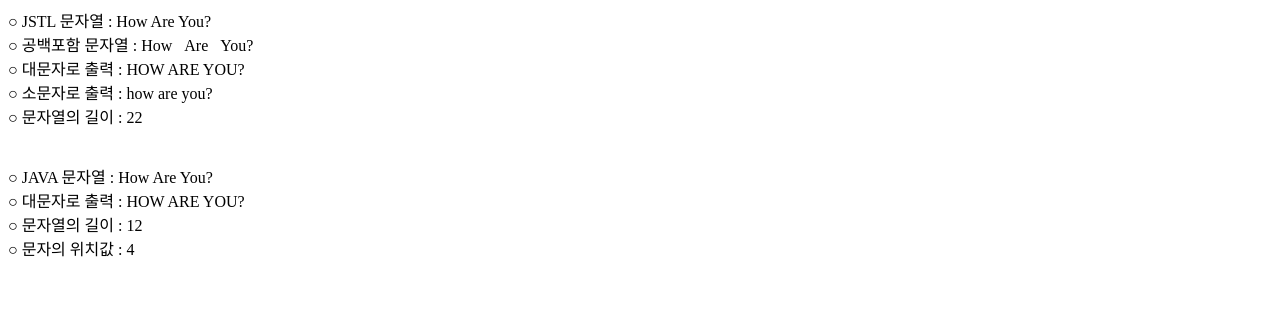
Repository: youngmoon525/Jsp_Servlet
Page: http://localhost/03.JSP/jsp40.jsp
The author's editor kept a copy of each file at every save. The page is drawn from the files as they stood at one save, then again after the next save.
The browser window is 1280 px wide. The pictures show the whole page.
The page is served by Tomcat 9.

Above is the page before, as saved 2021-09-10 01:02:47.

After the next save:
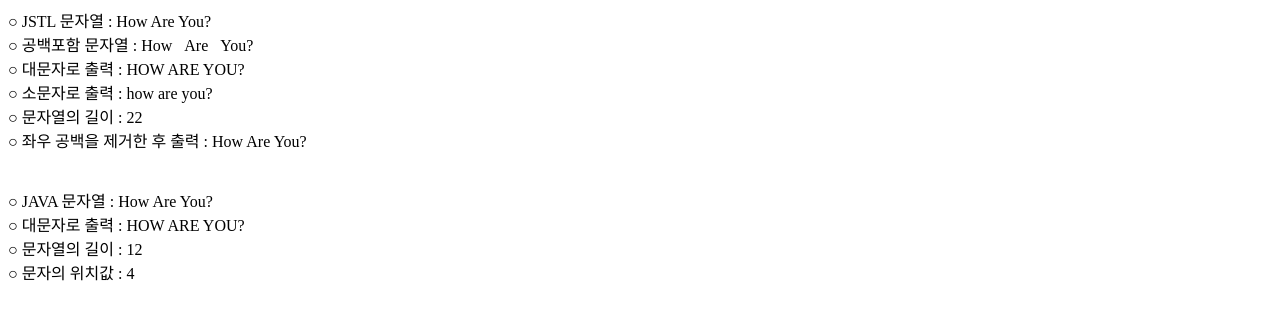
Saved 2 min 25 s later.
--- a/workspace/03.JSP/WebContent/jsp40.jsp
+++ b/workspace/03.JSP/WebContent/jsp40.jsp
@@ -14,6 +14,7 @@
 ○ 대문자로 출력 : ${fn:toUpperCase(str) }<br/>
 ○ 소문자로 출력 : ${fn:toLowerCase(str) }<br/>
 ○ 문자열의 길이 : ${fn:length(str) }<br/>
+○ 좌우 공백을 제거한 후 출력 : ${fn:trim(str) }<br/>
 
 
 <br/><br/>
